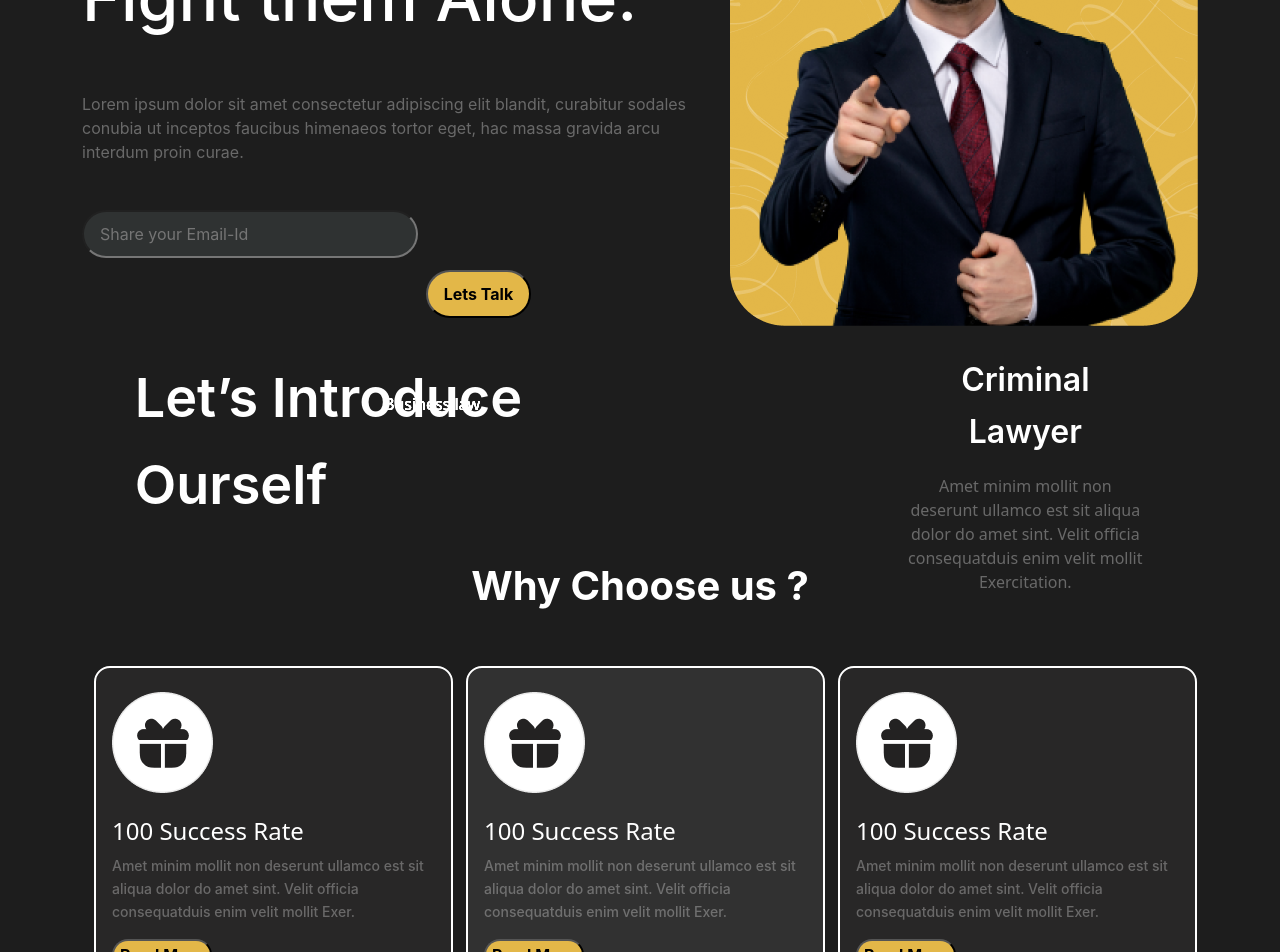
Repository: Senthil-Bala/LawFirm
Page: /
An editor plug-in stored every save of this project. The page is shown before and after the next save, followed by the edit.
The browser window is 1280 px wide. The pictures show the part of the page from y = 288 to 1240 px (the page is 3939 px tall).
The project was rebuilt for these pictures with package versions that can differ from the ones it lists, and the page was loaded fresh each time. Also part of the build but not shown: src/App.css, src/Components/Frequents/Accordionss.css, src/Components/Frequents/Accordionss.jsx.

Above is the page before, as saved 2023-11-29 18:44:48.

### src/App.js
import './App.css';
import 'bootstrap/dist/css/bootstrap.min.css';
import Navbar from "./Components/Navbars/Navbar"
import HeroSection from './Components/Heroess/HeroSection';
import Main from "./Components/Mainss/Main";
import Boxes from "./Components/Box/Boxes";
import Practices from './Components/Practicsing/Practices';
import Clients from "./Components/ClientSides/Clients";
import Team from "./Components/Teamss/Team";
import Faq from "./Components/Frequents/Faq"
import Subscribe from './Components/Subscribes/Subscribe';
import Footer from "./Components/Footers/Footer"

function App() {
  return (
    <div className="container">
      <Navbar/>
      <HeroSection/>
      <Main/>
      <Boxes/>
      <Practices/>
      <Clients/>
      <Team/>
      <Faq/>
      <Subscribe/>
      <Footer/>
    </div>
  );
}

export default App;

### src/Components/Navbars/Navbar.jsx
import React from 'react'
import Studio from "../assests/logo.png";
import "./Navbar.css"

function Navbar() {
  return (
    <div className='navbar'>
        <div className="logo ">
            <img src={Studio} alt="Logo"/>
            <p>IGSTUDIO</p>
        </div>
        <div className="mid">
            <p>Home</p>
            <p>Attorneys</p>
            <p>Practice</p>
            <p>About Us</p>
        </div>
        <div className="btn">
            <button>Contact Now</button>
        </div>
    </div>
  )
}

export default Navbar

### src/Components/Heroess/HeroSection.jsx
import React from "react";
import "./HeroSection.css";
import Hero from "../assests/hero.png";
import Container from 'react-bootstrap/Container';
import Row from 'react-bootstrap/Row';
import Col from 'react-bootstrap/Col';
function HeroSection() {
  return (
    <div className="hero">
      <div className="contentLeft">
        <p id="mainHeading">You don’t have to Fight them Alone.</p>
        <p id="subHeading">
          Lorem ipsum dolor sit amet consectetur adipiscing elit blandit,
          curabitur sodales conubia ut inceptos faucibus himenaeos tortor eget,
          hac massa gravida arcu interdum proin curae.
        </p>
        <div >
        <input type="text" placeholder="Share your Email-Id" />
        <button className="inBtn">Lets Talk</button>
        </div>
      </div>
      <div className="contentRight">
        <img src={Hero} alt="Hero" />
      </div>
    </div>

  //   <Container>
  //   <Row>
  //     <Col sm={12} md={6} lg={6} >
  //     <div className="contentLeft">
  //   <p id="mainHeading">You don’t have to Fight them Alone.</p>
  //        <p id="subHeading">
  //        Lorem ipsum dolor sit amet consectetur adipiscing elit blandit,
  //          curabitur sodales conubia ut inceptos faucibus himenaeos tortor eget,
  //          hac massa gravida arcu interdum proin curae.
  //        </p>
  //         <input type="text" placeholder="Share your Email-Id" />
  //     <button className="inBtn">Lets Talk</button>
  //      </div >
  //     </Col>
  //     <Col sm={12} md={6} lg={6}>
  //     <div className="contentRight mt-5">
  //       <img src={Hero} alt="Hero" />
  //    </div>
  //     </Col>
  //   </Row>

  // </Container>








  );
}

export default HeroSection;

### src/Components/Mainss/Main.jsx
import React from "react";
import "./Main.css";
import Container from 'react-bootstrap/Container';
import Row from 'react-bootstrap/Row';
import Col from 'react-bootstrap/Col';
function Main() {
  return (
    <div className="main">
    <div className="left">
        <p>Let’s Introduce <br /> Ourself</p>
    </div>
    <div className="vertical-line"></div>
    <div className="right">
        <p id="heading">Criminal Lawyer</p>
        <p id="subHeading">
            Amet minim mollit non deserunt ullamco est sit aliqua dolor do amet
            sint. Velit officia consequatduis enim velit mollit Exercitation.
        </p>
    </div>
</div>



    //Grid layouts

  //   <Container className="mt-5 pt-5">
  //   <Row>
  //     <Col sm={12} md={6} lg={6}>
  //     <div className="left">
  //       <p>Let’s Introduce Ourself</p>
  //     </div>
  //     </Col>
  //     <Col  sm={12} md={6} lg={6}>
  //     <div className="right">
  //       <p id="heading">Criminal Lawyer</p>
  //       <p id="subHeading">
  //         Amet minim mollit non deserunt ullamco est sit aliqua dolor do amet
  //         sint. Velit officia consequatduis enim velit mollit Exercitation.
  //       </p>
  //     </div>
  //     </Col>
  //   </Row>

  // </Container>
  );
}

export default Main;

### src/Components/Box/Boxes.jsx
import React from "react";
import "./Boxes.css";
import Box from "../assests/box.png";
import Container from 'react-bootstrap/Container';
import Row from 'react-bootstrap/Row';
import Col from 'react-bootstrap/Col';
function Boxes() {
  return (
    // <div className="box">
    //   <h1>Why Choose us ?</h1>
    //   <br />
    //   <div className="chooseBox">
    //     <div className="box1">
    //       <img src={Box} alt="" className="mt-2" />
    //       <h4 className="mt-4">100 Success Rate</h4>
    //       <p className="small">
    //         Amet minim mollit non deserunt ullamco est sit aliqua dolor do amet
    //         sint. Velit officia consequatduis enim velit mollit Exer.
    //       </p>
    //     </div>
    //     <div className="box2">
    //       <img src={Box} alt="" className="mt-2" />
    //       <h4 className="mt-4">100 Success Rate</h4>
    //       <p className="small">
    //         Amet minim mollit non deserunt ullamco est sit aliqua dolor do amet
    //         sint. Velit officia consequatduis enim velit mollit Exer.
    //       </p>
    //     </div>
    //     <div className="box3">
    //       <img src={Box} alt="" className="mt-2" />
    //       <h4 className="mt-4">100 Success Rate</h4>
    //       <p className="small">
    //         Amet minim mollit non deserunt ullamco est sit aliqua dolor do amet
    //         sint. Velit officia consequatduis enim velit mollit Exer.
    //       </p>
    //     </div>
    //   </div>
    // </div>
    //Grid layouts

<div>
<h1  className="text-center my-5 heading">Why Choose us ?</h1>

<Container>
<Row className="gx-4 gy-4">
        <Col sm={12} md={6} lg={4} >
        <div className="box1 mt-2 mr-2">
          <img src={Box} alt="" className="mt-2" />
          <h4 className="mt-4">100 Success Rate</h4>
          <p className="small">
            Amet minim mollit non deserunt ullamco est sit aliqua dolor do amet
            sint. Velit officia consequatduis enim velit mollit Exer.
          </p>
          <button className="chip">Read More</button>
        </div>
        </Col>
        <Col sm={12} md={6} lg={4}>
        <div className="box2 mt-2 mr-2">
          <img src={Box} alt="" className="mt-2" />
          <h4 className="mt-4">100 Success Rate</h4>
          <p className="small">
            Amet minim mollit non deserunt ullamco est sit aliqua dolor do amet
            sint. Velit officia consequatduis enim velit mollit Exer.
          </p>
          <button className="chip" >Read More</button>
        </div>
        </Col>
        <Col sm={12} md={6} lg={4}>
        <div className="box3 mt-2 mr-2">
          <img src={Box} alt="" className="mt-2" />
          <h4 className="mt-4">100 Success Rate</h4>
          <p className="small">
            Amet minim mollit non deserunt ullamco est sit aliqua dolor do amet
            sint. Velit officia consequatduis enim velit mollit Exer.
          </p>
          <button className="chip">Read More</button>
        </div>
        </Col>
      </Row>

    </Container>
    </div>

  );
}

export default Boxes;

### src/Components/Practicsing/Practices.jsx
import React from "react";
import Container from "react-bootstrap/Container";
import Row from "react-bootstrap/Row";
import Col from "react-bootstrap/Col";
import Left from "../assests/left.png";
import Right from "../assests/right.png";
import "./Practices.css";

function Practices() {
  return (
    <div>
      <h1 className="text-center my-5 heading">Area of Practices</h1>

      <Container>
        <Row className="mt-3">
          <Col xs={12} sm={8}>
            <img src={Left} alt="Business law" className="left" />
            <p className="title">Business law</p>

          </Col>
          <Col xs={12} sm={4}>
            <img src={Right} alt="Partnership Law" className="right" />
            <p className="title">Business law</p>

          </Col>
        </Row>
        <Row className="mt-3">
        <Col xs={12} sm={4}>
            <img src={Right} alt="Partnership Law" className="right" />
            <p className="title">Business law</p>
          </Col>
          <Col xs={12} sm={8}>
            <img src={Left} alt="Business law" className="left" />
            <p className="title">Business law</p>

          </Col>

        </Row>
        <Row className="mt-3">
          <Col xs={12} sm={8}>
            <img src={Left} alt="Business law" className="left" />
            <p className="title">Business law</p>

          </Col>
          <Col xs={12} sm={4}>
            <img src={Right} alt="Partnership Law" className="right" />
            <p className="title">Business law</p>

          </Col>
        </Row>
      </Container>
    </div>
  );
}

export default Practices;

### src/Components/ClientSides/Clients.jsx
import React from "react";
import "./Clients.css";
import EclipseOne from "../assests/EclipseOne.png";
import EclipseTwo from "../assests/EclipseTwo.png";
import EclipseThree from "../assests/EclipseThree.png";
import Container from 'react-bootstrap/Container';
import Row from 'react-bootstrap/Row';
import Col from 'react-bootstrap/Col';
function Clients() {
  return (
    // <div className="box">
    //   <h1>Why Choose us ?</h1>
    //   <br />
    //   <div className="chooseBox">
    //     <div className="box1">
    //       <img src={Box} alt="" className="mt-2" />
    //       <h4 className="mt-4">100 Success Rate</h4>
    //       <p className="small">
    //         Amet minim mollit non deserunt ullamco est sit aliqua dolor do amet
    //         sint. Velit officia consequatduis enim velit mollit Exer.
    //       </p>
    //     </div>
    //     <div className="box2">
    //       <img src={Box} alt="" className="mt-2" />
    //       <h4 className="mt-4">100 Success Rate</h4>
    //       <p className="small">
    //         Amet minim mollit non deserunt ullamco est sit aliqua dolor do amet
    //         sint. Velit officia consequatduis enim velit mollit Exer.
    //       </p>
    //     </div>
    //     <div className="box3">
    //       <img src={Box} alt="" className="mt-2" />
    //       <h4 className="mt-4">100 Success Rate</h4>
    //       <p className="small">
    //         Amet minim mollit non deserunt ullamco est sit aliqua dolor do amet
    //         sint. Velit officia consequatduis enim velit mollit Exer.
    //       </p>
    //     </div>
    //   </div>
    // </div>
    //Grid layouts

<div>
    <div className="clientHead d-flex justify-content-between align-items-center">
<h1  className=" my-5 heading">What Says Our <br /> Happy Clients</h1>
<div className="arrows">
<button>L</button>
<button className="rgt">R</button>
</div>


</div>
<Container>
<Row className="gx-4 gy-4">
        <Col sm={12} md={6} lg={4} >
        <div className="box1 mt-2 mr-2">
          <img src={EclipseOne} alt="" />
          <h4 className="mt-2">Joe Kooper</h4>
          <p >Ceo Of Hunt</p>
          <p className="small">
            Amet minim mollit non deserunt ullamco est sit aliqua dolor do amet
            sint. Velit officia consequatduis enim velit mollit Exer.
          </p>
          <button className="chip">Read More</button>
        </div>
        </Col>
        <Col sm={12} md={6} lg={4}>
        <div className="box2 mt-2 mr-2">
          <img src={EclipseTwo} alt="" className="mt-2" />
          <h4 className="mt-2">Robert Fox</h4>
          <p >Ceo Of Hunt</p>
          <p className="small">
            Amet minim mollit non deserunt ullamco est sit aliqua dolor do amet
            sint. Velit officia consequatduis enim velit mollit Exer.
          </p>
          <button className="chip" >Read More</button>
        </div>
        </Col>
        <Col sm={12} md={6} lg={4}>
        <div className="box3 mt-2 mr-2">
          <img src={EclipseThree} alt="" className="mt-2" />
          <h4 className="mt-2">Devon Lane</h4>
          <p >Ceo Of Hunt</p>
          <p className="small">
            Amet minim mollit non deserunt ullamco est sit aliqua dolor do amet
            sint. Velit officia consequatduis enim velit mollit Exer.
          </p>
          <button className="chip">Read More</button>
        </div>
        </Col>
      </Row>

    </Container>
    </div>

  );
}

export default Clients;

### src/Components/Teamss/Team.jsx
import React from 'react'
import Container from 'react-bootstrap/esm/Container'
import Row from 'react-bootstrap/Row';
import Col from 'react-bootstrap/Col';
import Daniel from "../assests/Daniel.png";
import Sanfole from "../assests/Sanfole.png";
import Casforila from "../assests/Casforila.png";
import Collean from "../assests/Collean.png";
import Haldone from "../assests/Haldone.png";
import Nik from "../assests/Nik.png"
import "./Team.css"

function Team() {
  return (
    <div className='teamDiv my-3'>
        <h1 className="text-center mt-5 heading">Our Team</h1>

        <Container>
        <Row>

        <Col xs={6} md={4} lg={4} className='mt-5'>
            <div className="items d-flex pt-1 ">
        <img src={Daniel} alt="" className='mr-3'/>
        <div>
          <h6 >Daniel Def</h6>
          <p className="opac">301 Cases</p>
          </div>
          </div>
        </Col>

        <Col xs={6} md={4} lg={4} className='mt-5'>
            <div className="items d-flex sanfole pt-1 ">
        <img src={Sanfole} alt="" className='mr-3 '/>
        <div>
          <h6>Sanfole</h6>
          <p className="opac">850 Cases</p>
          </div>
          </div>
        </Col>

        <Col xs={6} md={4}  lg={4} className='mt-5'>
            <div className="items d-flex pt-1">
        <img src={Casforila} alt="" className='mr-3'/>
        <div>
          <h6 >Casforila</h6>
          <p className="opac">470 Cases</p>
          </div>
          </div>
        </Col>

        <Col xs={6} md={4} lg={4} className='mt-5'>
            <div className="items d-flex pt-1 ">
        <img src={Collean} alt="" className='mr-3'/>
        <div>
          <h6 >Collean</h6>
          <p className="opac">180 Cases</p>
          </div>
          </div>
        </Col>

        <Col xs={6} md={4}  lg={4} className='mt-5'>
            <div className="items d-flex pt-1">
        <img src={Haldone} alt="" className='mr-3'/>
        <div>
          <h6 >Haldone</h6>
          <p className="opac">212 Cases</p>
          </div>
          </div>
        </Col>

        <Col xs={6} md={4}  lg={4} className='mt-5'>
            <div className="items d-flex p-2">
        <img src={Nik} alt="" className='mr-3'/>
        <div>
          <h6 >Nik Joe</h6>
          <p className="opac">350 cases</p>
          </div>
          </div>
        </Col>

      </Row>
      </Container>
    </div>
  )
}

export default Team

### src/Components/Frequents/Faq.jsx
import React from "react";
import Accordionss from "./Accordionss"
import "./Faq.css"
function Faq() {
  return (
    <div className="d-flex justify-content-between my-5">
      <div className="faq my-4">
        <h1>FAQ</h1>
        <p className="faqContent">
          Amet minim mollit non deserunt ullamco est sit <br /> aliqua dolor do amet
          sint.
        </p>
      </div>
      <div className="accordions mt-5">
        {/* <Accordions/> */}
      </div>
    </div>
  );
}

export default Faq;

### src/Components/Subscribes/Subscribe.jsx
import React from 'react'
import "./Subscribe.css"
function Subscribe() {
  return (
    <div className='subscribes mt-3'>
    <div className="newsLetter">
<h1 className='text-center mt-2'>Subscribe Our NewsLetter</h1>
</div>
<div className="inputAndbutton">
    <input type="text" className='inputOne' placeholder='Enter Your Name'/>
    <input type="text" className='inputOne' placeholder='Enter your Email'/>
    <button id='send'>Send</button>
</div>
    </div>
  )
}

export default Subscribe

### src/Components/Footers/Footer.jsx
import React from 'react'
import "./Footer.css";
import logo from "../assests/logo.png";
import Group from "../assests/group.png"
function Footer() {
  return (
    <div className='footerDiv my-3'>
        <div className="firstDiv container text-center">
           <div className='logoDiv'>
            <img src={logo} alt="logo" />
            <p>IGSTUDIO</p>
           </div>
           <div className="mainDiv ">
            <p>Home</p>
            <p>Attorneys</p>
            <p>Practice Areas</p>
            <p>About Us</p>
           </div>
           <div>
            <img src={Group} alt="Icons" />
           </div>
        </div>
        <br />
        <div className="secondDiv container text-center ">
            <p>© 2020 Acme. All rig</p>
            <p>Privacy Policy</p>
            <p>Terms of Service</p>
        </div>

    </div>
  )
}

export default Footer

### src/Components/Navbars/Navbar.css
.navbar {
    display: flex;
    justify-content: space-between;
    align-items: center;
    /* width: 100%;
    height: 3rem; */

}

.mid {
    display: flex;
    gap: 30px;
    font-family: Inter;
    text-align: center;
    justify-content: space-between;
    align-items: center;

}

.btn button {
    border: 2px solid #FFFFFF;
    background-color: #1D1D1D;
    color: #FFFFFF;
    /* justify-content: center;
    align-items: center; */
}

.logo {
    display: flex;
    justify-content: center;
    align-items: center;
    gap: 20px;
}

.logo img{
    height: 1rem;
}

### src/Components/Heroess/HeroSection.css
.hero {
    display: flex;
    justify-content: space-between;
    align-items: center;
    gap: 30px;
    font-family: Inter;

}

.contentLeft {
    margin-top: 5rem;
    display: flex;
    flex-direction: column;
    gap: 30px;
}

.contentRight {
    width: 467.71px;
    height: 467.71px;
}

.inBtn {
    background: rgba(227, 183, 72, 1);

    color: black;
    font-family: Inter;
    font-weight: bold;
    height: 3rem;
    padding: 1rem;
    display: flex;
    justify-content: center;
    align-items: center;
    border-radius: 3rem;
    text-align: center;
    position: absolute;
    right: 58.5%;
    top: 77.5%;
    outline: 0;
}

input[type='text'] {
    height: 3rem;
    padding: 1rem;
    border-radius: 3rem;
    width: 21rem;
    position: relative;
    background-color:rgb(47, 50, 50);
    color: darkslategray;
    outline: 0;
}

#mainHeading {
    font-size: 66px;
    font-weight: 500;
    line-height: 97px;
    letter-spacing: 0em;
    text-align: left;

}

#subHeading {
    color: dimgrey;

}

### src/Components/Mainss/Main.css
.main {
    display: flex;
    justify-content: space-around;
    text-align: center;
    margin-top: 6rem;
}

.left {
    font-family: Inter;
    font-size: 54px;
    font-weight: 600;
    line-height: 87px;
    letter-spacing: 0em;
    text-align: left;
    width: 387px;
    height: 174px;
    top: 1081px;
    left: 150px;


}
/* Styling for the line */
.line {
    border: none;
    border-top: 1px solid dimgray; /* Set color for the top border */
    width: 100%; /* Adjust width as needed */
    margin: 20px 0; /* Adjust margin as needed */
}



.right{
    display: flex;
    flex-direction: column;

}
#heading {
    font-family: Inter;
    font-size: 32px;
    font-weight: 600;
    line-height: 52px;
    letter-spacing: 0em;
    text-align: center;
    /* width: 475px;
    height: 155px; */

}
#subHeading{
    color: dimgrey;
    /* width: 475px;
height: 87px;

opacity: 0.3px; */

}

### src/Components/Box/Boxes.css
.box{
    margin-top: 6rem;
    text-align: center;
}
.chooseBox{
    display: flex;
    justify-content: space-between;
}
.box1,.box2,.box3{
    width: 359px;
height: 377px;
padding: 1rem;
text-align: left;
border: 2px solid;
border-radius: 1rem;
background-color:rgb(40, 39, 39);

}
.box2{
    background: rgba(71, 71, 71, 0.5);

}
.small{
    font-family: Inter;
font-size: 14px;
font-weight: 500;
line-height: 23px;
letter-spacing: 0em;
text-align: left;
opacity: 30%;

}
.chip{
    background: rgba(227, 183, 72, 1);

    color: black;
    font-family: Inter;
    font-weight: bold;
    height: 2rem;
    /* padding: 1rem; */
    display: flex;
    justify-content: center;
    align-items: center;
    border-radius: 1.5rem;
    text-align: center;
}
.heading{
    font-family: Inter;
    font-weight: bold;

}

### src/Components/Practicsing/Practices.css
.left{
    width:35rem;
    height:10rem;

}
.right{
    width:15rem;
    height:10rem;
    position: relative;
}
.title{
    position: absolute;
    bottom: 0px;
    left: 30%;
    text-align: center;
}

### src/Components/ClientSides/Clients.css
.arrows button{
    border-radius: 50%;
    height: 3rem;
    width: 3rem;
}
.rgt{
    background: rgba(227, 183, 72, 1);
}
.box2{
    background: rgba(71, 71, 71, 0.5);

}

### src/Components/Teamss/Team.css
.opac{
    opacity: 30%;
}

.sanfole{
    background: rgba(227, 183, 72, 1);
border-radius: 1rem;
color: black;

}

### src/Components/Frequents/Faq.css
.faqContent{
    opacity: 30%;
}

### src/Components/Subscribes/Subscribe.css
.subscribes{
height: 356px;
background: rgba(71, 71, 71, 0.5);
display: flex;
flex-direction: column;
justify-content: center;
align-items: center;
border-radius: 1rem;
gap: 30px;
}
#send{
    background: rgba(227, 183, 72, 1);
    height: 2.5rem;
    width: 5rem;
    border-radius: 0.5rem;

}
.inputOne{
    width: 10rem;
    height: 2.5rem;
    border-radius: 0.5rem;
    padding-left: 1rem;

}
.inputAndbutton{
display: flex;
justify-content: space-between;
gap: 10px;
}

### src/Components/Footers/Footer.css
.footerDiv{

height: 367px;
/* border: 1px solid white; */
display: flex;
flex-direction: column;
font-size: smaller;
background-color: black;
/* width: 100%; */


}
.firstDiv{
    display: flex;
    justify-content: space-between;
    align-items: center;
    margin-top: 4rem;
}
.mainDiv{
    display: flex;
    justify-content: center;
    align-items: center;
    gap:50px;
}
.secondDiv{
    display: flex;
    justify-content: center;
    align-items: center;
    gap:20px;
    margin-top: 2rem;
    font-size: xx-small;

}

Loaded but not shown: public/index.html (common file); src/index.js (common file); src/index.css (common file); src/reportWebVitals.js (common file)

After the next save:
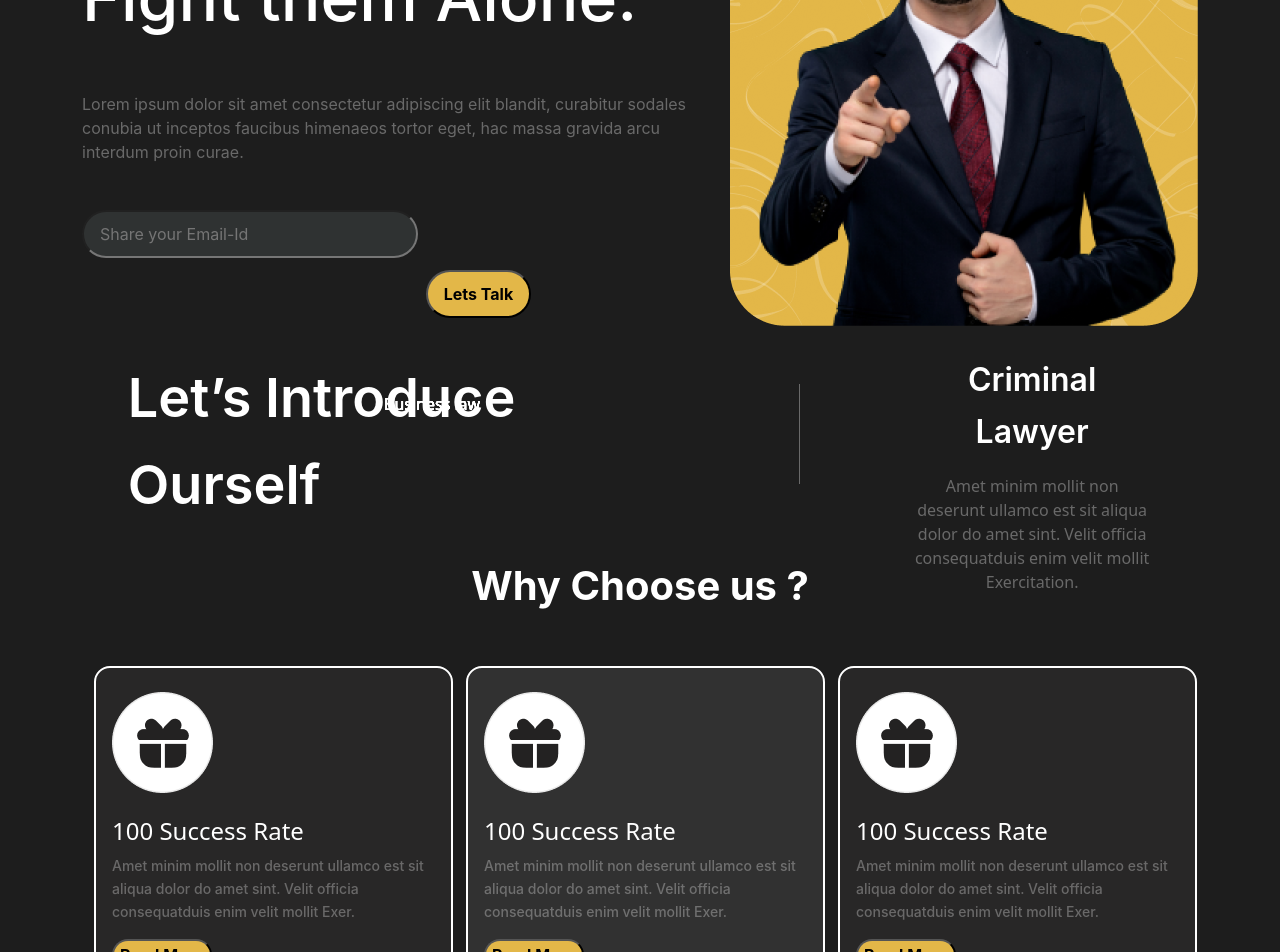
Saved 4 s later.
--- a/src/Components/Mainss/Main.css
+++ b/src/Components/Mainss/Main.css
@@ -19,12 +19,17 @@
 
 
 }
-/* Styling for the line */
-.line {
-    border: none;
-    border-top: 1px solid dimgray; /* Set color for the top border */
-    width: 100%; /* Adjust width as needed */
-    margin: 20px 0; /* Adjust margin as needed */
+/* Styling for the main container */
+.main {
+    display: flex;
+    align-items: center;
+}
+
+/* Styling for the vertical line */
+.vertical-line {
+    border-left: 1px solid dimgray; /* Set color for the left border */
+    height: 100px; /* Set height of the line */
+    margin: 0 20px; /* Adjust margin as needed */
 }
 
 
